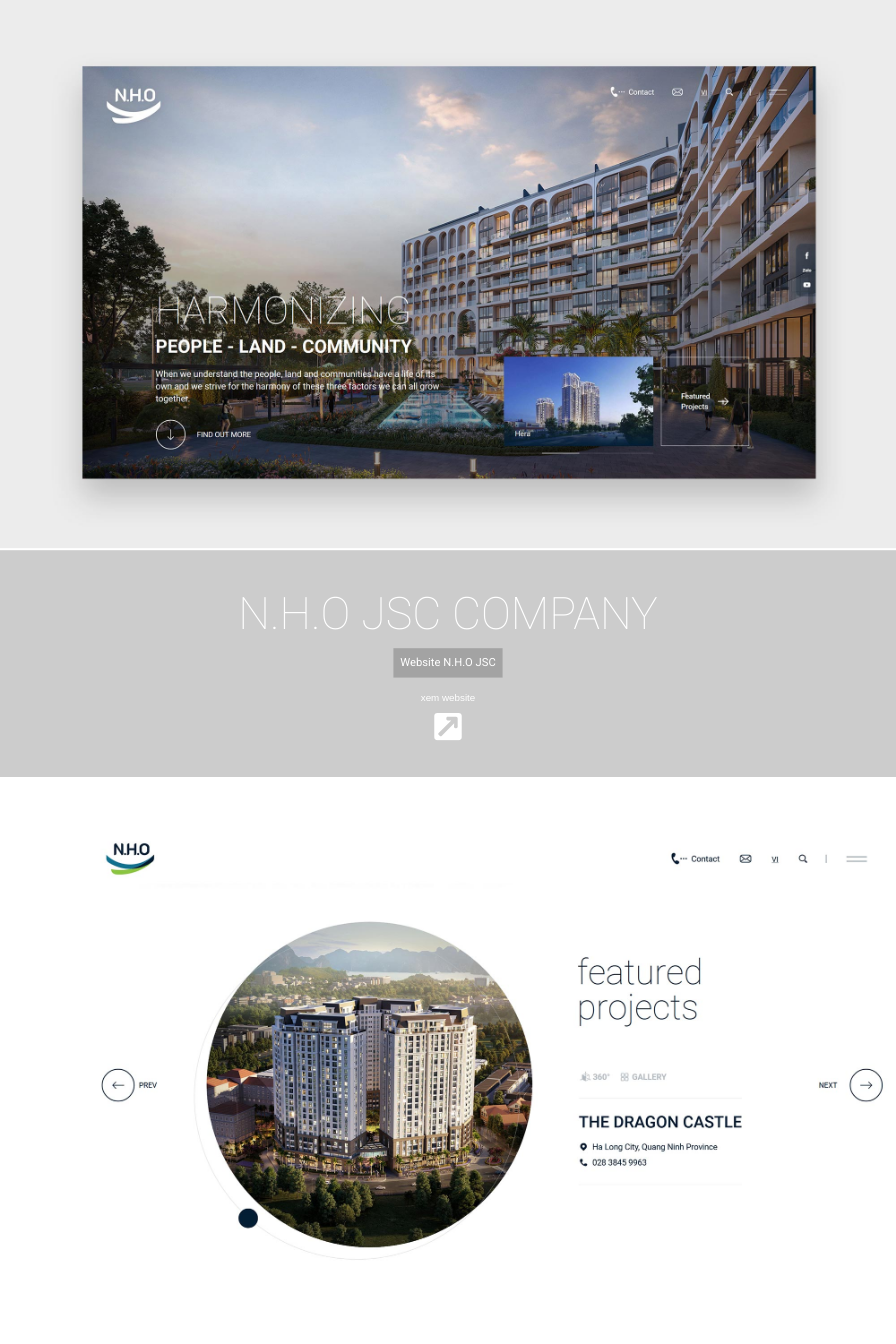
Repository: Minns-Cao/project-BTQ
Page: company.html
The author's editor kept a copy of each file at every save. The page is drawn from the files as they stood at one save, then again after the next save.
The browser window is 1280 px wide. The pictures show the part of the page from y = 0 to 1920 px (the page is 6093 px tall), at 70% of full size.

Above is the page before, as saved 2023-07-02 09:43:31.
Console error: TypeError: Cannot read properties of null (reading 'addEventListener')

### company.html
<!DOCTYPE html>
<html lang="en">
    <head>
        <meta charset="UTF-8" />
        <meta http-equiv="X-UA-Compatible" content="IE=edge" />
        <meta name="viewport" content="width=device-width, initial-scale=1.0" />
        <title>BTQ</title>
        <!-- Fonts -->
        <link rel="preconnect" href="https://fonts.googleapis.com" />
        <link rel="preconnect" href="https://fonts.gstatic.com" crossorigin />
        <link
            href="https://fonts.googleapis.com/css2?family=Roboto:wght@100;300;400;500;700;900&display=swap"
            rel="stylesheet"
        />
        <!-- Reset CSS -->
        <link rel="stylesheet" href="./assets/css/reset.css" />
        <!-- Style CSS -->
        <link rel="stylesheet" href="./assets/css/headerFooter.css" />
        <link rel="stylesheet" href="./assets/css/styleCompany.css" />
    </head>
    <body>
        <main>
            <div class="imgFirst">
                <img src="./imagesCompany/NHO/1.jpg" alt="" class="thumb" />
            </div>
            <div class="details-title-name">
                <h3 class="name">N.H.O JSC COMPANY</h3>
                <h3 class="label">Website N.H.O JSC</h3>
                <a href="https://www.nhojsc.vn/" class="linkWebCus">
                    <p class="seeMore">xem website</p>
                    <div class="icon">
                        <svg
                            xmlns="http://www.w3.org/2000/svg"
                            x="0px"
                            y="0px"
                            viewBox="0 0 100 100"
                        >
                            <path
                                fill="currentColor"
                                d="M99,11.6v76.8C99,94.3,94.3,99,88.4,99H11.6C5.7,99,1,94.3,1,88.4V11.6C1,5.7,5.7,1,11.6,1h76.8C94.3,1,99,5.7,99,11.6z
                        M78.1,15h-29c-2.8,0-5,2.2-5,5v3.1c0,2.8,2.5,5.3,5.3,5l12.2-0.3L16.6,73.1c-1.9,1.6-1.9,4.4,0,6.2l4.4,4.4c1.6,1.6,4.4,1.6,6.2,0
                       l44.9-45.3l-0.6,12.2c0,2.8,2.2,5.3,5,5.3h3.1c2.8,0,5-2.2,5-5v-29C84.6,21.9,85.2,15,78.1,15z"
                            ></path>
                        </svg>
                    </div>
                </a>
            </div>
            <div class="imgSecond">
                <img src="./imagesCompany/NHO/2.jpg" alt="" class="thumb" />
            </div>
            <div class="imgThird">
                <img src="./imagesCompany/NHO/3.jpg" alt="" class="thumb" />
            </div>
        </main>
        <script src="./app_OpenAns.js"></script>
    </body>
</html>

### assets/css/headerFooter.css
* {
    box-sizing: border-box;
}

:root {
    --color-bg1: #24547f;
    --color-bg2: #463b75;
    --color-bg3: #d9996b;
    --color-bg4: #86506c;
    --color-bg5: #206a54;
    --color-bg6: #779273;
    --color-bg7: #e48f92;
    --color-bg8: #6dbcc5;
    --color-bgMenu: #24547f;
}

html {
    font-size: 62.5%;
}

body {
    font-family: "Roboto", sans-serif;
    font-size: 1.6rem;
}

/* =======================HEADER======================= */
.navigation {
    position: fixed;
    top: 0;
    left: 0;
    display: flex;
    justify-content: space-between;
    width: 100%;
    padding: 20px 30px;
    z-index: 100000;
}

.navigation .logo {
    transition: all 0.5s ease-out;
}

.navigation .box {
    display: flex;
    justify-content: center;
    align-items: center;
    gap: 1vw;
}

.navigation .targetPage{
    display: flex;
    align-items: center;
    transition: all 0.8s ease-out;
}

.navigation .targetPage .dot {
    width: 20px;
    height: 20px;
}

.navigation .targetPage .namePage {
    text-transform: uppercase;
    color: #fff;
    font-size: 36px;
    vertical-align: middle;
    white-space: nowrap;
    letter-spacing: -1px;
    line-height: 1.1;
    display: inline-block;
    font-weight: 400;
    margin-left: 1vw;
}

.navigationBar {
    display: flex;
    align-items: center;
    gap: 80px;
}

.navigationBar .lang {
    position: relative;
    font-weight: 900;
    font-size: 18px;
    line-height: 50px;
    text-transform: uppercase;
    color: #fff;
    width: auto;
    display: inline-block;
    padding-bottom: 10px;
    visibility: hidden;
    opacity: 0;
    pointer-events: none;
    transition: all 0.5s ease-in-out 0.2s;
    z-index: 10000;
}

.navigationBar .lang.active {
    visibility: visible;
    opacity: 1;
    pointer-events: all;
}
.navigationBar .lang::after,
.navigationBar .lang::before {
    position: absolute;
    content: "";
    display: block;
    width: 30px;
    height: 1px;
    background-color: #fff;
}

.navigationBar .lang::after {
    top: 40%;
    left: 130%;
}
.navigationBar .lang::before {
    top: 40%;
    right: 130%;
}



.navigation .iconBar {
    position: relative;
    display: block;
    width: 70px;
    height: 60px;
    color: #000;
    transform: translateX(0);
    transition: all 0.5s ease-in-out 0.2s;
    z-index: 10000;
}

.navigation .iconBar.active{
    transform: translateX(2vw);
}

.navigation .iconBar .background{
    width: 100%;
    height: 100%;
    background-color: rgba(0,0,0,.1);
    border-radius: 5px;
    transform: translate(-10%, -5%);
    visibility:hidden;
}



.iconBar .lineMid,
.iconBar .lineTop,
.iconBar .lineBot {
    position: absolute;
    top: 25px;
    left: 0px;
    height: 2px;
    width: 75%;
    background-color: #fff;
    box-shadow: 3px 3px 0 rgb(0 0 0 / 10%);
    transition: all 0.3s ease-in-out;
}

.iconBar .lineMid {
    opacity: 1;
    visibility: visible;
}

.iconBar .lineTop {
    top: 15px;
    left: 5px;
    width: 40%;
}

.iconBar .lineBot {
    top: 35px;
    left: 5px;
    width: 40%;
}

.navigation .iconBar:hover .lineMid {
    width: 50%;
}

.navigation .iconBar:hover .lineTop,
.navigation .iconBar:hover .lineBot {
    width: 60%;
}

/* nav onClick */

.navigation .onClick.iconBar .lineMid {
    visibility: hidden;
    opacity: 0;
}

.navigation .onClick.iconBar .lineTop,
.navigation .onClick.iconBar .lineBot {
    top: 25px;
    left: 10px;
    width: 50%;
}

.navigation .onClick.iconBar .lineTop {
    transform: rotate(45deg);
}
.navigation .onClick.iconBar .lineBot {
    transform: rotate(-45deg);
}

.navigation .onClick.iconBar:hover .lineTop,
.navigation .onClick.iconBar:hover .lineBot {
    top: 25px;
    width: 50%;
}

.navigation .onClick.iconBar:hover .lineTop {
    left: 11px;
    transform: rotate(90deg);
    box-shadow: none;
}
.navigation .onClick.iconBar:hover .lineBot {
    left: 9px;
    transform: rotate(-90deg);
    box-shadow: none;
}

/* =======================HEADER-MENU======================= */

header .menu {
    position: absolute;
    top: 0;
    right: 0;
    width: 100%;
}

header .menu .bg-menu {
    position: absolute;
    top: 0;
    left: 0;
    display: block;
    width: 100vw;
    height: 100vh;
    z-index: 101;
    overflow: hidden;
    pointer-events: none;
}

header .menu .color-bg-menu {
    display: block;
    width: 100%;
    height: 100%;
    border-radius: 50%;
    background-image: linear-gradient(
        -135deg,
        var(--color-bgMenu) 65%,
        transparent 80%
    );
    opacity: 0;
    visibility: hidden;
    transition: all 0.3s linear;
    pointer-events: none;
}

header .menu .color-bg-menu.active {
    animation: bg-menuAnimation_active 0.5s linear forwards;
}
header .menu .color-bg-menu.noActive {
    animation: bg-menuAnimation_noActive 5s linear forwards;
}

@keyframes bg-menuAnimation_active {
    0% {
        opacity: 0;
        visibility: hidden;
        transform: translate(60%, -60%) scale(1);
    }
    30% {
        opacity: 0.98;
        visibility: visible;
    }
    100% {
        opacity: 0.98;
        visibility: visible;
        transform: translate(60%, -60%) scale(4);
        pointer-events: none;
    }
}
@keyframes bg-menuAnimation_noActive {
    0% {
        opacity: 0.98;
        visibility: visible;
        transform: translate(60%, -60%) scale(4);
    }
    30% {
        opacity: 0;
        visibility: visible;
    }
    100% {
        opacity: 0;
        visibility: none;
        transform: translate(60%, -60%) scale(3.5);
        pointer-events: all;
    }
}
header .menu .main-menu {
    position: absolute;
    top: 0;
    right: 0;
    display: flex;
    align-items: flex-end;
    flex-direction: column;
    gap: 50px;
    width: 100%;
    height: 100%;
    padding-top: 70px;
    margin-right: 10vw;
    margin-top: 10vh;
    z-index: 102;
    visibility: hidden;
    opacity: 0;
    pointer-events: none;
    transition: all 0.5s ease-in-out 0.2s;
}

header .menu .main-menu.active {
    visibility: visible;
    opacity: 1;
    pointer-events: all;
}

header .menu .iconHome {
    display: block;
    width: 50px;
    height: 36px;
    color: #fff;
}

header .menu a{
    text-decoration: none;
}

header .menu .menuItem {
    font-weight: 900;
    font-size: calc(100vh / 14);
    line-height: 1;
    letter-spacing: 2px;
    text-transform: uppercase;
    white-space: nowrap;
    color: #fff;
    -webkit-text-stroke: 1px #fff;
    -webkit-text-fill-color: transparent;
    transition: all 0.5s ease-in-out;

}

header .menu .menuItem:hover {
    color: #fcd62c;
    -webkit-text-stroke: 1px #fcd62c;
    -webkit-text-fill-color: #fcd62c;
}

footer .contentBlockFooter{
    height: 35vh;
    background-color: #91b879;
    position: relative;
}

footer .contentBlockFooter::after{
    position: absolute;
    content: '';
    display: block;
    pointer-events: none;
    background-color: #fff;
    width: 1px;
    height: 6vw;
    top: -3vw;
    left: 50%;
    z-index: 10;
}

footer .contentBlockFooter .contentBox {
    padding-top: 60px;
    display: flex;
    flex-direction: column;
    justify-content: center;
    align-items: center;
}

footer .contentBlockFooter .contentBox svg{
    color: #fff;
    width: 60px;
    height: 60px;
}

footer .contentBlockFooter .contentBox .copyRight{
    font-size: 13px;
    line-height: 1.2;
    color: #fff;
    text-transform: uppercase;
}

footer .contentBlockFooter .contentBox .copyRight strong {
    font-weight: 900;
}

### assets/css/styleCompany.css
.thumb {
    width: 100vw;
}

.details-title-name {
    display: flex;
    justify-content: center;
    align-items: center;
    flex-direction: column;
    width: 100%;
    height: 45vh;
    background-color: rgba(0,0,0,.2);
}

.details-title-name .name{
    font-size: 5vw;
    font-weight: 100;
    line-height: 1.2;
    position: relative;
    margin: 10px 0;
    color: #fff;
    text-align: center;
    display: block;
}

.details-title-name .label {
    font-size: 16px;
    line-height: 1.4;
    position: relative;
    margin: 0 0 10px;
    color: #fff;
    padding: 10px;
    background-color: rgba(0,0,0,.2);
    text-align: center;
    display: inline-block;
}

.details-title-name .linkWebCus {
    display: flex;
    flex-direction: column;
    justify-content: center;
    align-items: center;
    gap: 10px;
    margin: 10px auto;
    font-family: Arial,Helvetica,sans-serif;
    font-weight: 400;
    font-size: 14px;
    line-height: 1.4;
    width: 130px;
    text-decoration: none;
}

.details-title-name .linkWebCus .seeMore {

    color: #fff;
}


.details-title-name .icon {
    width: 40px;
    height: 40px;
    color: #fff;
}



#myIframe {
    position: absolute;
    height: 100vh;
    top: 0;
    left: 0;
    right: 0;
    bottom: 0;
    z-index: 1000000;
    background-color: rebeccapurple;
    overflow: hidden;
}

### app_OpenAns.js
// ======================activeIconMenuBar=========================
function activeIconMenuBar(x) {
    x.classList.toggle("onClick");
    let mainMenu = document.querySelector("header .menu .main-menu");
    let lang = document.querySelector(".navigationBar .lang");
    let bgMenu = document.querySelector("header .menu .color-bg-menu");
    if (x.classList.contains("onClick")) {
        mainMenu.classList.add("active");
        lang.classList.add("active");
        bgMenu.classList.add("active");
        bgMenu.classList.remove("noActive");
        changeBackroundMenu();
    } else {
        mainMenu.classList.remove("active");
        lang.classList.remove("active");
        bgMenu.classList.remove("active");
        bgMenu.classList.add("noActive");
    }
}

let dataBackgroundMenu = [
    "#24547f",
    "#463b75",
    "#d9996b",
    "#86506c",
    "#206a54",
    "#779273",
    "#e48f92",
    "#6dbcc5",
];

function changeBackroundMenu() {
    let first_elm = dataBackgroundMenu.shift();
    dataBackgroundMenu.push(first_elm);
    document
        .querySelector("header .menu .color-bg-menu")
        .style.setProperty("--color-bgMenu", dataBackgroundMenu[0]);
}

// ======================textRun=========================

let thisBox_list = document.querySelectorAll(
    ".contentBlock1 .textBanner .thisBox"
);
thisBox_list.forEach((thisBox) => {
    let widthContent = thisBox.offsetWidth / 2;
    let thisBoxStyles = getComputedStyle(thisBox);
    thisBox.style.setProperty("--contentWidth", `${-widthContent + 9.5}px`);
});

// ======================EnterButton=========================
let objIcon = document.querySelector(".obj-icon");
objIcon.addEventListener("mousemove", (e) => {
    let xValue = e.clientX;
    let yValue = e.clientY;
    let rectOfobjIcon = objIcon.getBoundingClientRect();
    let yValueBtn = rectOfobjIcon.top + rectOfobjIcon.height / 2;
    let xValueBtn = rectOfobjIcon.left + rectOfobjIcon.width / 2;
    let speed = 0.125;
    objIcon.style.transform = `translate(${-(xValue - xValueBtn) * speed}px,${
        -(yValue - yValueBtn) * speed
    }px) `;
});

objIcon.addEventListener("mouseout", () => {
    objIcon.style.transform = `translate(0,0)`;
});
// ======================ScrollAnimation=========================

function moveNav(target) {
    let logoNav = document.querySelector("header .navigation .logo");
    let targetPage = document.querySelector("header .navigation .targetPage");
    let bar = document.querySelector("header .navigation .iconBar");
    let bar_backGround = document.querySelector(
        "header .navigation .iconBar .background"
    );
    if (target < 1) {
        logoNav.style.transform = `translate(0,0)`;
        targetPage.style.transform = `translate(0,0)`;
        bar.classList.remove("active");
        bar_backGround.style.visibility = "hidden";
    }
    if (target > 1 && target < 100) {
        logoNav.style.transform = `translate(${-target * 200}px,0)`;
        targetPage.style.transform = `translate(0,${-target * 200}px)`;
        bar.classList.add("active");
        bar_backGround.style.visibility = "visible";
    }
}

window.addEventListener("scroll", (e) => {
    let heightOfFooter = document.querySelector("footer").offsetHeight;
    //Vị trí của scroll (không tính footer)
    let targetScroll =
        (window.pageYOffset /
            (document.body.offsetHeight -
                heightOfFooter -
                window.innerHeight)) *
        100;
    moveNav(targetScroll);
});

function ScrollAnimation(elm, distance, speed, trend, first) {
    window.addEventListener("scroll", function () {
        //khoảng di chuyển
        let x = (window.innerHeight - elm.getBoundingClientRect().top) * speed;

        //xử lý bug phần tử đầu tiên khi scroll
        if(first === "true") {
            x = x - (window.innerHeight * speed);
        }

        //giới hạn di chuyển từ 0 tới distance
        let movePos = Math.max(0, Math.min(distance, x));

        //gán giá trị transform cho elm
        if (trend === "down" || trend === undefined) {
                elm.style.transform = `translateY(${movePos}px)`;
        } else if (trend === "up") {
            elm.style.transform = `translateY(${-(movePos - distance)}px)`;
        }
    });
}

let list_scrollElm = document.querySelectorAll(".scrollElm");

list_scrollElm.forEach((scrollElm) => {
    let distance = scrollElm.dataset.distance;
    let speed = scrollElm.dataset.speed;
    let trend = scrollElm.dataset.trend;
    let first = scrollElm.dataset.first;
    ScrollAnimation(scrollElm, distance, speed, trend, first);
});




// ========================
// var iframe = document.getElementById('myIframe');

// // Ngăn sự kiện cuộn trang web chính
// window.addEventListener('scroll', function(e) {
//   e.preventDefault();
//   window.scrollTo(0, 0);
// });

// // Cho phép cuộn bên trong iframe
// iframe.addEventListener('load', function() {
//   iframe.contentWindow.addEventListener('scroll', function(e) {
//     e.stopPropagation();
//   });
// });

Loaded but not shown: assets/css/reset.css (common file)

After the next save:
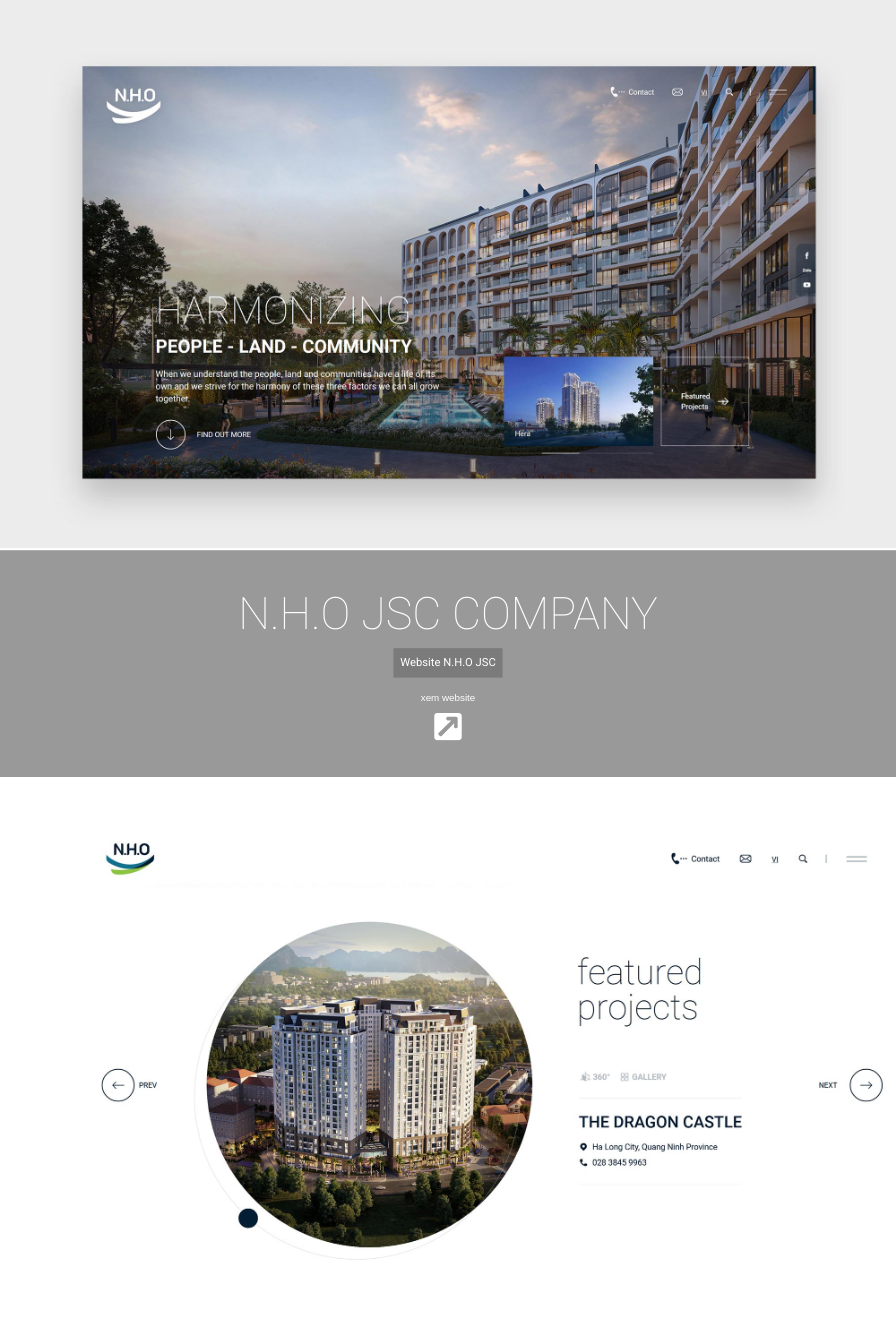
Saved 7 s later.
--- a/assets/css/styleCompany.css
+++ b/assets/css/styleCompany.css
@@ -9,7 +9,7 @@
     flex-direction: column;
     width: 100%;
     height: 45vh;
-    background-color: rgba(0,0,0,.2);
+    background-color: rgba(0,0,0,.4);
 }
 
 .details-title-name .name{
